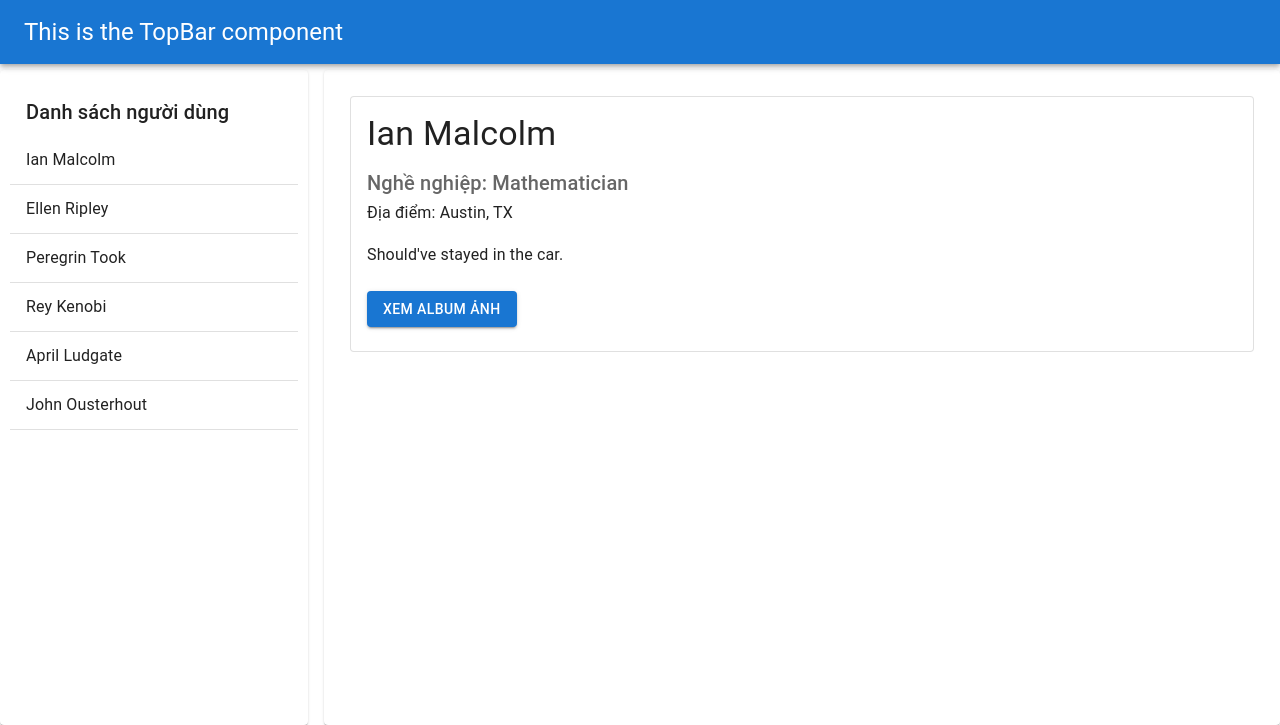
Repository: RubyScarIet/TruocKetThucLab2
Page: /users/57231f1a30e4351f4e9f4bd7
The author's editor kept a copy of each file at every save. The page is drawn from the files as they stood at one save, then again after the next save.
The browser window is 1280 px wide. The pictures show the whole page.
The page's requests for data from a server got no answer. The project was rebuilt for these pictures with package versions that can differ from the ones it lists, and the page was loaded fresh each time. No one was signed in, and anything a server would have sent is missing. Also part of the build but not shown: src/modelData/models.js, src/components/UserPhotos/index.jsx.

Above is the page before, as saved 2026-04-05 09:05:57.

After the next save:
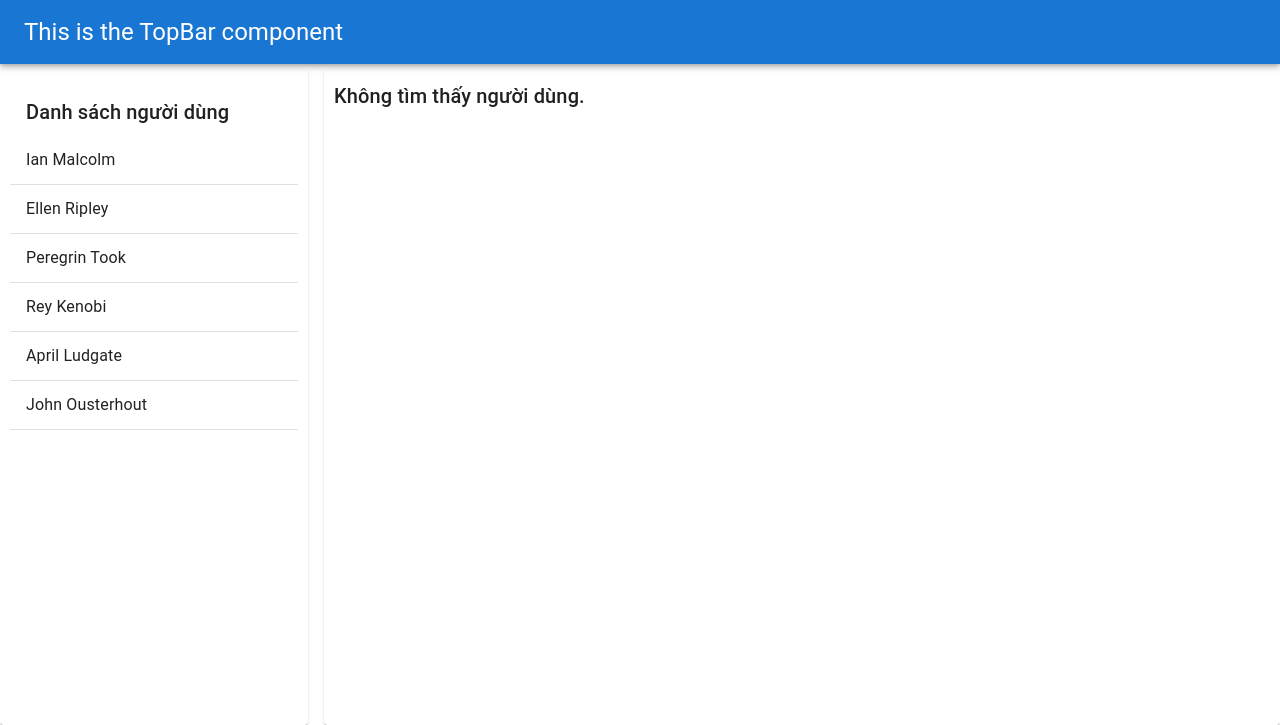
Saved 6 min 18 s later.
--- a/src/components/UserDetail/index.jsx
+++ b/src/components/UserDetail/index.jsx
@@ -1,54 +1,40 @@
-import React from "react";
-import { Typography, Button, Card, CardContent, Box } from "@mui/material";
+import React, { useState, useEffect } from "react";
+import { Typography, Button, Card, CardContent, Box, CircularProgress } from "@mui/material";
 import { Link, useParams } from "react-router-dom";
+import fetchModel from "../../lib/fetchModelData";
+import "./styles.css";
 
-import "./styles.css";
-import models from "../../modelData/models";
+function UserDetail() {
+  const { userId } = useParams();
+  const [user, setUser] = useState(null);
+  const [loading, setLoading] = useState(true);
 
-/**
- * Define UserDetail, a React component of Project 4.
- */
-function UserDetail() {
-  // 1. Lấy userId từ URL (ví dụ: /users/650...)
-  const { userId } = useParams();
+  useEffect(() => {
+    setLoading(true);
+    fetchModel(`/user/${userId}`)
+      .then((response) => {
+        setUser(response.data);
+        setLoading(false);
+      })
+      .catch((err) => {
+        console.error("Lỗi fetch user:", err);
+        setLoading(false);
+      });
+  }, [userId]); // Chạy lại khi đổi người dùng ở danh sách bên trái
 
-  // 2. Lấy dữ liệu chi tiết của người dùng từ model
-  const user = models.userModel(userId);
-
-  // Trường hợp không tìm thấy user (phòng lỗi deep link sai ID)
-  if (!user) {
-    return <Typography variant="h6">Không tìm thấy thông tin người dùng.</Typography>;
-  }
+  if (loading) return <CircularProgress sx={{ m: 2 }} />;
+  if (!user) return <Typography variant="h6">Không tìm thấy người dùng.</Typography>;
 
   return (
     <Box sx={{ p: 2 }}>
       <Card variant="outlined">
         <CardContent>
-          {/* Hiển thị Tên đầy đủ */}
-          <Typography variant="h4" gutterBottom>
-            {`${user.first_name} ${user.last_name}`}
-          </Typography>
+          <Typography variant="h4" gutterBottom>{`${user.first_name} ${user.last_name}`}</Typography>
+          <Typography variant="h6" color="text.secondary">Nghề nghiệp: {user.occupation}</Typography>
+          <Typography variant="subtitle1" sx={{ mb: 2 }}> Địa điểm: {user.location}</Typography>
+          <Typography variant="body1" sx={{ mb: 3 }}>{user.description}</Typography>
 
-          {/* Hiển thị Nghề nghiệp và Địa chỉ */}
-          <Typography variant="h6" color="text.secondary">
-            Nghề nghiệp: {user.occupation}
-          </Typography>
-          <Typography variant="subtitle1" sx={{ mb: 2 }}>
-            Địa điểm: {user.location}
-          </Typography>
-
-          {/* Hiển thị Mô tả bản thân */}
-          <Typography variant="body1" sx={{ whiteSpace: "pre-line", mb: 3 }}>
-            {user.description}
-          </Typography>
-
-          {/* Nút bấm để xem ảnh của người này - Yêu cầu quan trọng của bài Lab */}
-          <Button
-            variant="contained"
-            color="primary"
-            component={Link}
-            to={`/photos/${userId}`}
-          >
+          <Button variant="contained" component={Link} to={`/photos/${userId}`}>
             Xem Album Ảnh
           </Button>
         </CardContent>
